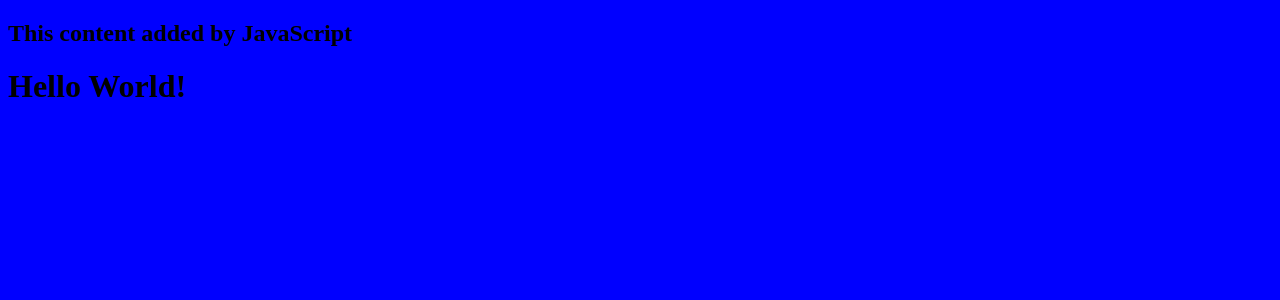
Repository: annferracane/phase-0-personal-website
Page: index.html
The author's editor kept a copy of each file at every save. The page is drawn from the files as they stood at one save, then again after the next save.
The browser window is 1280 px wide. The pictures show the whole page.

Above is the page before, as saved 2022-11-13 14:03:50.

### index.html

<!DOCTYPE html>
<html lang="en">
    <head>
        <link rel="stylesheet" href="./style.css" />
        <title>Ann Sample Personal Website</title>
    </head>
    <body>
        <script src="script.js"></script>
        <h1>Hello World!</h1>
    </body>
</html>

Loaded but not shown: style.css (common file); script.js (common file)

After the next save:
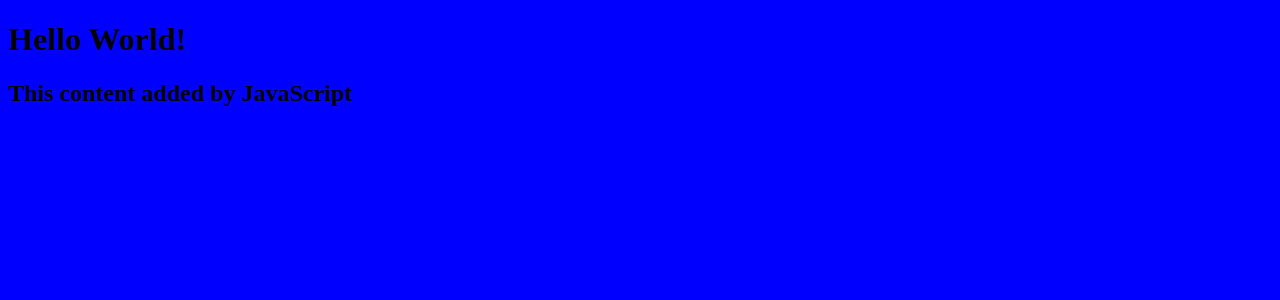
Saved 14 s later.
--- a/index.html
+++ b/index.html
@@ -6,7 +6,7 @@
         <title>Ann Sample Personal Website</title>
     </head>
     <body>
+        <h1>Hello World!</h1>
         <script src="script.js"></script>
-        <h1>Hello World!</h1>
     </body>
 </html>
